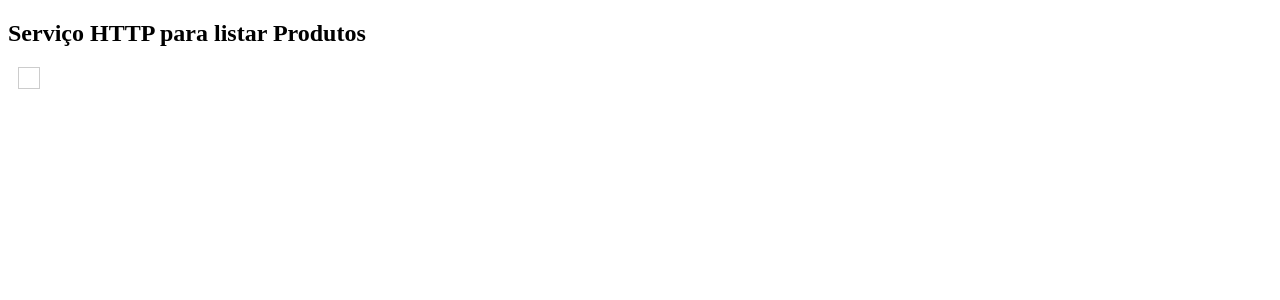
Repository: kelvincarvalho/Desenvolvimento_Java
Page: http://localhost/07_GestaoProdutos/exemploangularJS_08.jsp
The author's editor kept a copy of each file at every save. The page is drawn from the files as they stood at one save, then again after the next save.
The browser window is 1280 px wide. The pictures show the whole page.
Some web libraries are served in a nearby version. The page is served by Tomcat 9. Other server files are loaded and not shown.

Above is the page before, as saved 2017-11-01 17:35:33.

### Modulo06/07_GestaoProdutos/WebContent/exemploangularJS_08.jsp

<!DOCTYPE html >
<html ng-app="appAngular">
<head>
<meta http-equiv="Content-Type" content="text/html; charset=ISO-8859-1">
<title>Insert title here</title>
	<style>
		table, tr, td, th{
			border: 1px solid #ccc;
			padding: 10px;
			margin: 10px;
		}
	</style>
</head>
<body ng-controller="Principal as ctl">

	<h2>Serviço HTTP para listar Produtos</h2>

	<table>

	</table>

	<script src="https://ajax.googleapis.com/ajax/libs/angularjs/1.6.6/angular.min.js"></script>
	<script>
	angular.module("appAngular",[]).controller("Principal",[function(){

	}]);
	</script>
</body>
</html>

After the next save:
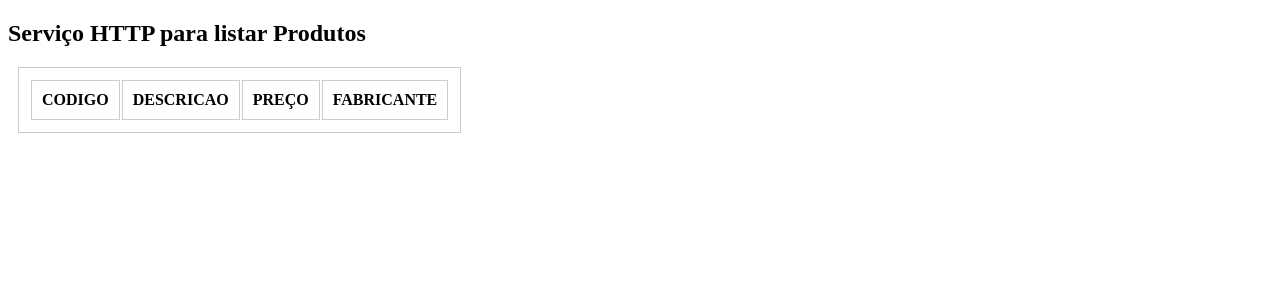
Saved 97 s later.
--- a/Modulo06/07_GestaoProdutos/WebContent/exemploangularJS_08.jsp
+++ b/Modulo06/07_GestaoProdutos/WebContent/exemploangularJS_08.jsp
@@ -17,7 +17,12 @@
 	<h2>Serviço HTTP para listar Produtos</h2>
 
 	<table>
-
+		<tr>
+			<th>CODIGO</th>
+			<th>DESCRICAO</th>
+			<th>PREÇO</th>
+			<th>FABRICANTE</th>
+		</tr>
 	</table>
 
 	<script src="https://ajax.googleapis.com/ajax/libs/angularjs/1.6.6/angular.min.js"></script>
